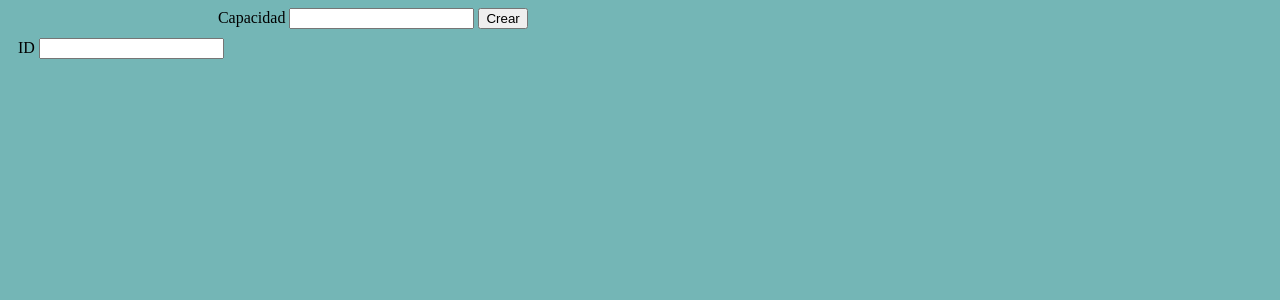
Repository: Robin-Rivadeneira/prueva_pablo
Page: index.html
These files come from the project's save history. The page is drawn as it stood at one moment and after a run of saves; the edit follows.
The browser window is 1280 px wide. The pictures show the whole page.

Above is the page before, as saved 2020-01-16 20:28:06.

### index.html
<!DOCTYPE html>
<html lang="en">
<head>
    <meta charset="UTF-8">
    <meta name="viewport" content="width=device-width, initial-scale=1.0">
    <meta http-equiv="X-UA-Compatible" content="ie=edge">
    <LINK REL=StyleSheet HREF="/css/bomberos.css" TYPE="text/css" MEDIA=screen>
    <title> Motobombas</title>
</head>
<body>
    <div>
        <label class="id">ID</label>
        <input type="number" id="id">
        <label class="capacidad">Capacidad</label>
        <input type="number" id="capacidad" >
        <button type="button" class="button" onclick="moto.guardar()">Crear</button>
    </div>
    <br>
    <div id="img">

    </div>
    <br>
    <div id="estado">

    </div>
    <br>
    <div id="pintar">
    </div>
</body>
<script src="/js/Motobomba.js"></script>
<script src="/js/Bombero.js"></script>
</html>

### css/bomberos.css
body{
    background-color: rgb(116, 182, 182);
}
.id{
    position: relative;
    left: 10px;
    top: 30px;
}
#id{
    position: relative;
    top: 30px;
    left: 10px;
}

.capa

### js/Motobomba.js
class Motobomba {
    constructor(id, capacidad, estado = false) {
        this.id = id;
        this.capacidad = capacidad;
        this.estado = estado;
    }
    prender() {
        this.estado = true;
    }
    apagar() {
        this.estado = false;
    }
    getEstado() {
        return this.estado;
    }
    toString() {
        if (this.estado == true) {
            document.getElementById('estado').innerHTML='<img src="img/verde.jpg" windth="130px" height="100px">'
            var parrafo=document.createElement('p')
            parrafo.innerHTML = 'esta prendido'
            document.body.appendChild(parrafo)
            moto.apagar()
            document.getElementById("boton").innerHTML="prendido"

        }
        else if(this.estado == false) {
            document.getElementById('estado').innerHTML='<img src="img/rojo.jpg" windth="130px" height="100px">'
            var parrafo=document.createElement('p')
            parrafo.innerHTML = 'esta apagado'
            document.body.appendChild(parrafo)
            moto.prender()
            document.getElementById("boton").innerHTML="apagdo"
        }
    }
    guardar(){
        var recu= document.getElementById('id').value;
        var recu1=document.getElementById('capacidad').value;
        this.id=recu
        this.capacidad=recu1
        console.log(this.id)
        console.log(this.capacidad)
        document.getElementById('img').innerHTML='<img src="img/camion.jpg" windth="130px" height="100px">'
        document.getElementById('pintar').innerHTML='<button type="button" id="boton" onclick="moto.toString()">ESTADO</button>'
    }
}



let moto = new Motobomba()

### js/Bombero.js
class Bombero{
    constructor(nombre){
        this.nombre=nombre;
    }
    addHabilidad(){
        let habilidades=[];
        habilidades.push(this.nombre)
    }
}

After the next 3 saves:
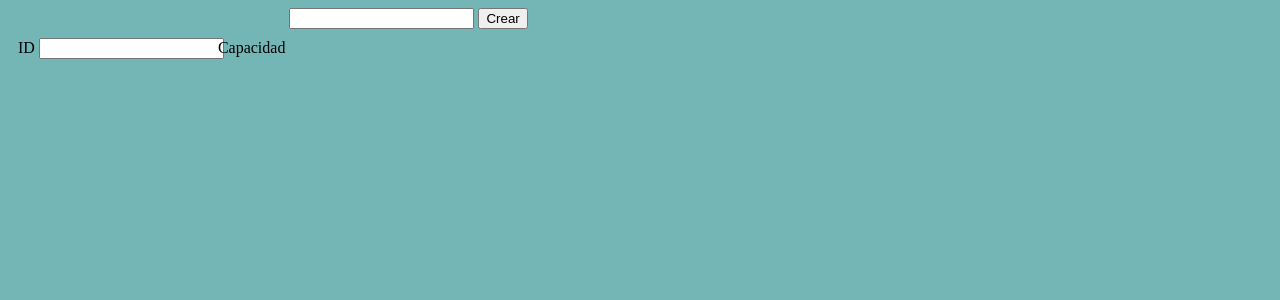
The 3 saves are shown as one change because they came seconds apart.
The last was saved 9 s later.
--- a/css/bomberos.css
+++ b/css/bomberos.css
@@ -12,4 +12,7 @@ body{
     left: 10px;
 }
 
-.capa
+.capacidad{
+    position: relative;
+    top: 30px;
+}
